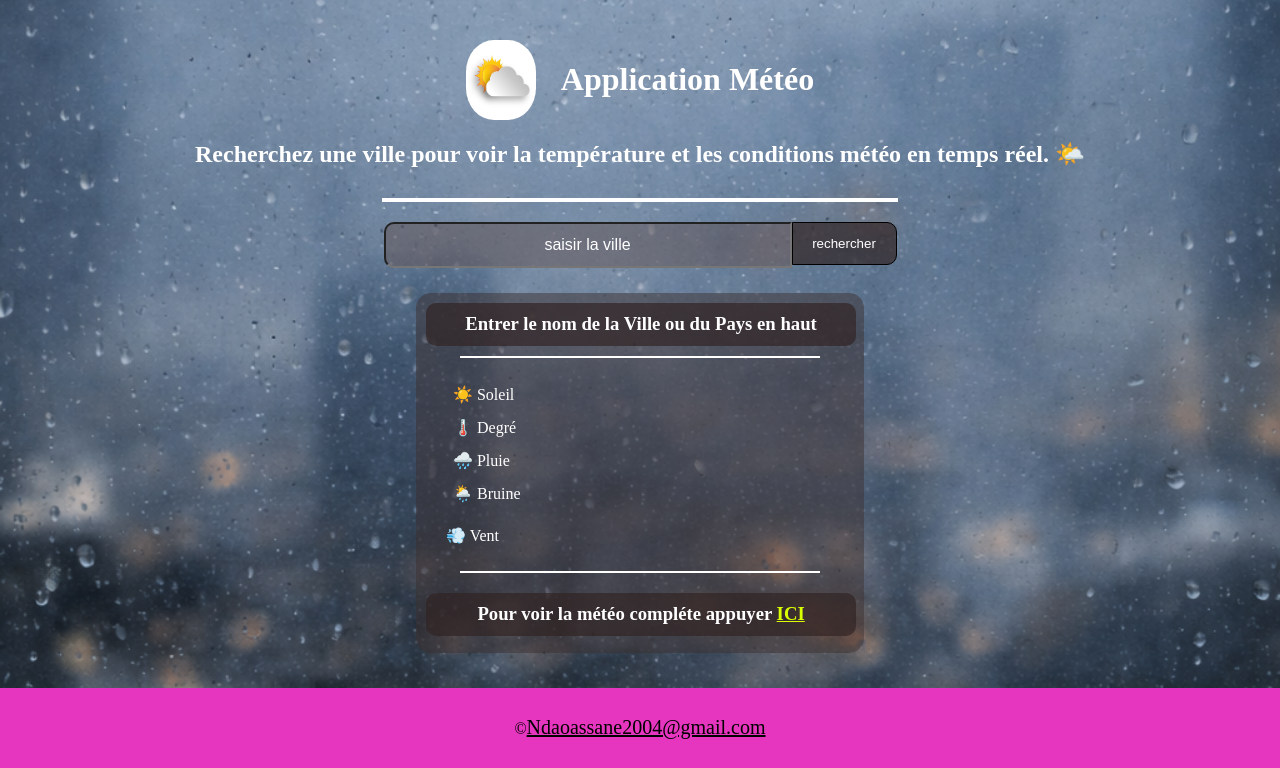
Repository: assanendao171/meteo
Page: index.html
These files come from the project's save history. The page is drawn as it stood at one moment and after a run of saves; the edit follows.
The browser window is 1280 px wide. The pictures show the whole page.

Above is the page before, as saved 2026-03-16 13:42:29.

After the next 2 saves:
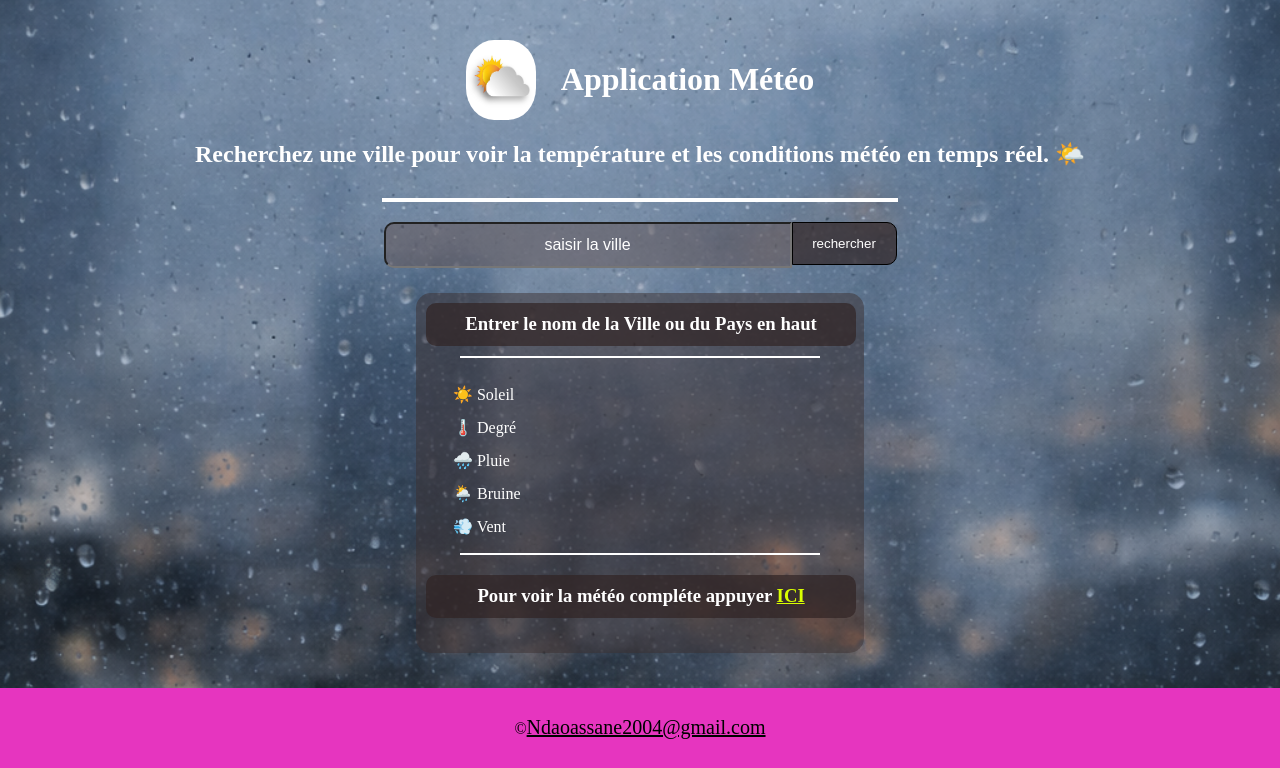
The 2 saves are shown as one change because they came seconds apart.
The last was saved 21 s later.
--- a/meteo2.css
+++ b/meteo2.css
@@ -123,11 +123,11 @@ color: white;
   font-size: 1rem;
    margin: 7px;
 }
-#pluie{
-  font-size: 1rem;
-   margin: 7px;
-}
 #bruine{
+  font-size: 1rem;
+   margin: 7px;
+}
+#vent{
   font-size: 1rem;
    margin: 7px;
 }
